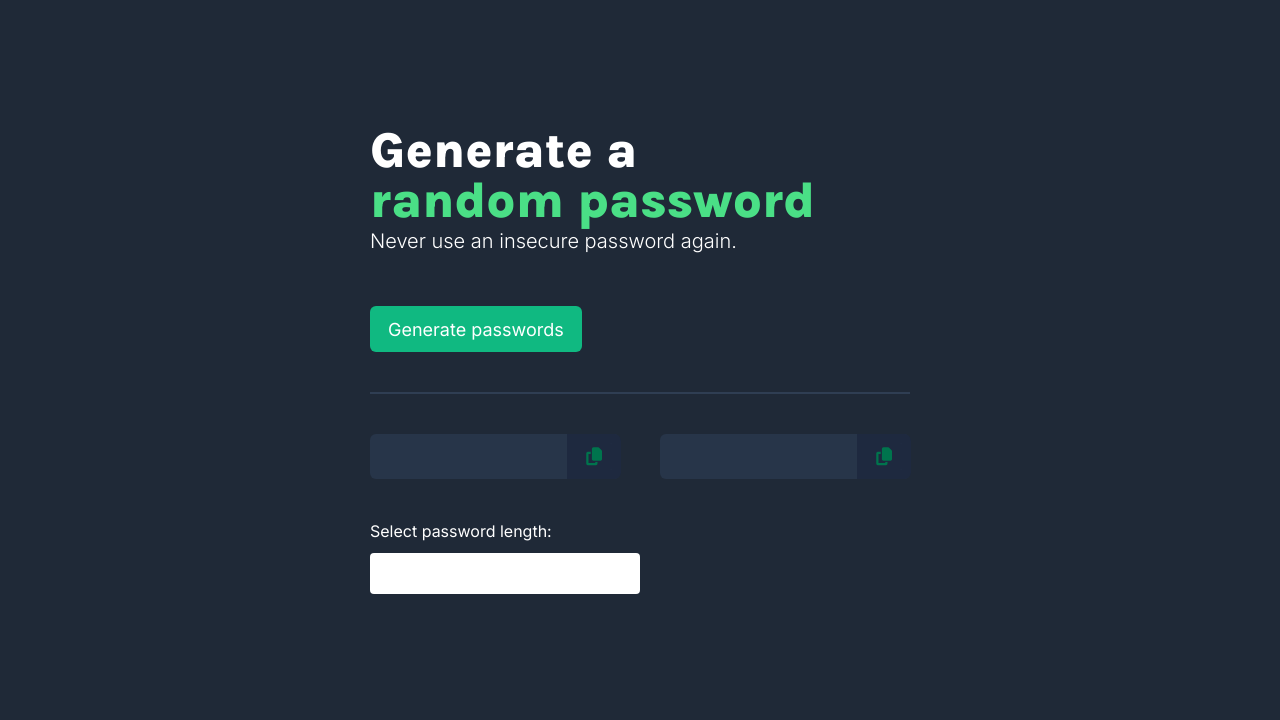
Repository: Ryan-Zayne/RANDOM-PASSWORD-GENERATOR
Page: index.html
These files come from the project's save history. The page is drawn as it stood at one moment and after the next save; the edit follows.
The browser window is 1280 px wide. The pictures show the whole page.
Some web libraries are served in a nearby version.

Above is the page before, as saved 2022-09-25 14:17:07.

### index.html
<!DOCTYPE html>
<html lang="en">
<head>
    <meta charset="UTF-8">
    <meta http-equiv="X-UA-Compatible" content="IE=edge">
    <meta name="viewport" content="width=device-width, initial-scale=1.0">
    <link rel="stylesheet" href="styles.css">
    <script src="https://kit.fontawesome.com/bcecd6ca32.js" crossorigin="anonymous"></script>
    <title>Password Generator</title>
</head>

<body>
    <div class="full-container">
        <header>
            <h1>Generate a</h1>
            <h2>random password</h2>
        </header>

        <main class="main-container">
            <p>Never use an insecure password again.</p>
            <button class="btn" id="generate-el">Generate passwords</button>
            <hr>

            <div class="password-holder">
                <span id="password-el-1" data-text="Copy to clipboard"></span>
                <span id="password-el-2" data-text="Copy to clipboard"></span>
            </div>

            <form id="form">
                <label for="password">Select password length:</label>
                <input id="password" min="8" max="20" step="1" type="number">
            </form>
        </main>
    </div>
    <script src="index.js"></script>
</body>
</html>

### styles.css
@import url('https://fonts.googleapis.com/css2?family=Inter:wght@200;300;400;500;600&family=Karla:wght@800&display=swap');

*{
    margin: 0;
    padding: 0;
    box-sizing: border-box;
}

html{
    font-size: 10px;
}

body{
    font-size: 1.6rem;
    font-family: 'Inter', sans-serif;
    line-height: 1.5;
    background-color: #1F2937;
    color: #fff;
}

h1, h2{
    font-family: 'Karla', sans-serif;
    line-height: 1;
    font-size: 5rem;
}

h1{
    color: #fff;
}

h2{
    color: #4ADF86;
}



.full-container{
    display: flex;
    flex-direction: column;
    justify-content: center;
    height: 100vh;
    width: 100%;
    max-width: 54rem;
    margin: auto;
}


p{
    font-size: 2rem;
    font-weight: 300;
    margin-bottom: 2.5em;
}

.btn{
    border: none;
    border-radius: 6px;
    font-family: inherit;
    font-size: 1.8rem;
    color: inherit;
    background-color: #10B981;
    padding: 0.7em 1em;
    transform: scale(1);
    transition: transform 150ms ease;
}

.btn:hover{
    background-color: #00744d;
}

.btn:active{
    transform: scale(0.98);
}

hr{
    margin-block: 4rem;
    border-style: solid;
    border-color: #2F3E53;
    border-width: 0.5px;
}

.password-holder{
    display: flex;
    justify-content: space-between;
}



[id ^="password-el"]{
    display: grid;
    place-content: center;
    cursor: pointer;
    text-align: center;
    content: attr(data-text);
    padding-block: 2rem;
    border-radius: 6px;
    font-size: 1.8rem;
    width: 25rem;
    height: 4.5rem;
    background-color: #273549;
    position: relative; hello;
}

/* [id ^="password-el"]::after{
    content: attr(data-text);
    position: absolute;
    inset: auto 0rem 6rem auto;
    padding: 1rem 1.5rem;
    background-color: #1e293f;
} */

[id ^="password-el"]::before {
    position: absolute;
    right: 0.8rem;
    bottom: 0.9rem;
    content: "\f0c5";
    font-family: "Font Awesome 5 Free";
    font-weight: 900;
    color: #00744d;
    padding-inline: 1rem;
    box-shadow: inset 0 0 0 3rem #1e293f,
                        0 0 0 0.9rem #1e293f;
    border-radius: 0 2px 2px 0;
}

form{
    display: flex;
    flex-direction: column;
    gap: 1rem;
    margin-top: 4rem;
}

input[type="number"]{
    border: none;
    max-width: 27rem;
    border-radius: 4px;
    font-family: inherit;
    font-size: 1.8rem;
    padding: 1rem;
}


input[type="number"]:focus{
    outline: 3px solid #00744d;
}

input[type="number"]:invalid{
    outline: 3px solid rgb(155, 6, 6);
}


@media (max-width: 600px){
    .full-container{
        text-align: center;
    }

    h1, h2{
        font-size: clamp(3rem, 10vw, 5rem);
        line-height: 1.1;
    }

    p{
        font-size: 1.4rem;
    }

    .btn{
        font-size: 1.5rem;
    }

    hr{
        margin: 3.5rem auto 5rem;
        width: min(30rem, 90%);
    }

    .password-holder{
        align-items: center;
        flex-direction: column;
        gap: 5rem;
    }

    #password-el-1,
    #password-el-2{
        width: min(26rem, 90%);
    }

    form{
        margin-top: 5rem;
        align-items: center;
    }

    input[type="number"]{
        width: 100%;

    }
}

### index.js
const characters = ["A", "B", "C", "D", "E", "F", "G", "H", "I", "J", "K", "L", "M", "N", "O", "P", "Q", "R", "S", "T", "U", "V", "W", "X", "Y", "Z", "a", "b", "c", "d", "e", "f", "g", "h", "i", "j", "k", "l", "m", "n", "o", "p", "q", "r", "s", "t", "u", "v", "w", "x", "y", "z", "0", "1", "2", "3", "4", "5", "6", "7", "8", "9", "~", "`", "!", "@", "#", "$", "%", "^", "&", "*", "(", ")", "_", "-", "+", "=", "{", "[", "}", "]", ",", "|", ":", ";", "<", ">", ".", "?",
    "/"];

let generateEl = document.getElementById("generate-el");
let passwordBoxOne = document.getElementById("password-el-1");
let passwordBoxTwo = document.getElementById("password-el-2");
let passwordBoxArr = [passwordBoxOne, passwordBoxTwo]
let passwordLength = 8;

function generateRandomChar() {
    let randomChar = Math.floor(Math.random() * characters.length);
    return characters[randomChar];
}

generateEl.addEventListener("click", passwordLimit);

function passwordLimit() {
    let passwordLengthx = document.getElementById("password").value;

    if (passwordLengthx === "" || passwordLengthx < 1) {
        passwordLength = 8;
    } else {
        passwordLength = passwordLengthx;
    }

}


generateEl.addEventListener("click", generateRandomPassword);

function generateRandomPassword() {
    let randomPasswordOne = " ";


    for (let i = 0; i < passwordLength; i++) {
        randomPasswordOne += generateRandomChar();
    }

    let randomPasswordTwo = " ";
    for (let i = 0; i < passwordLength; i++) {
        randomPasswordTwo += generateRandomChar();
    }
    passwordBoxOne.textContent = randomPasswordOne;
    passwordBoxTwo.textContent = randomPasswordTwo;

}


passwordBoxArr.forEach((box) => box.addEventListener("click", copyToClipboard))

function copyToClipboard(str) {
    const targetBox = str.target;

    if (navigator && navigator.clipboard && navigator.clipboard.writeText) {
        return navigator.clipboard.writeText(targetBox.textContent)
    } else {
        return Promise.reject('The Clipboard API is not available.');
    }

}

After the next save:
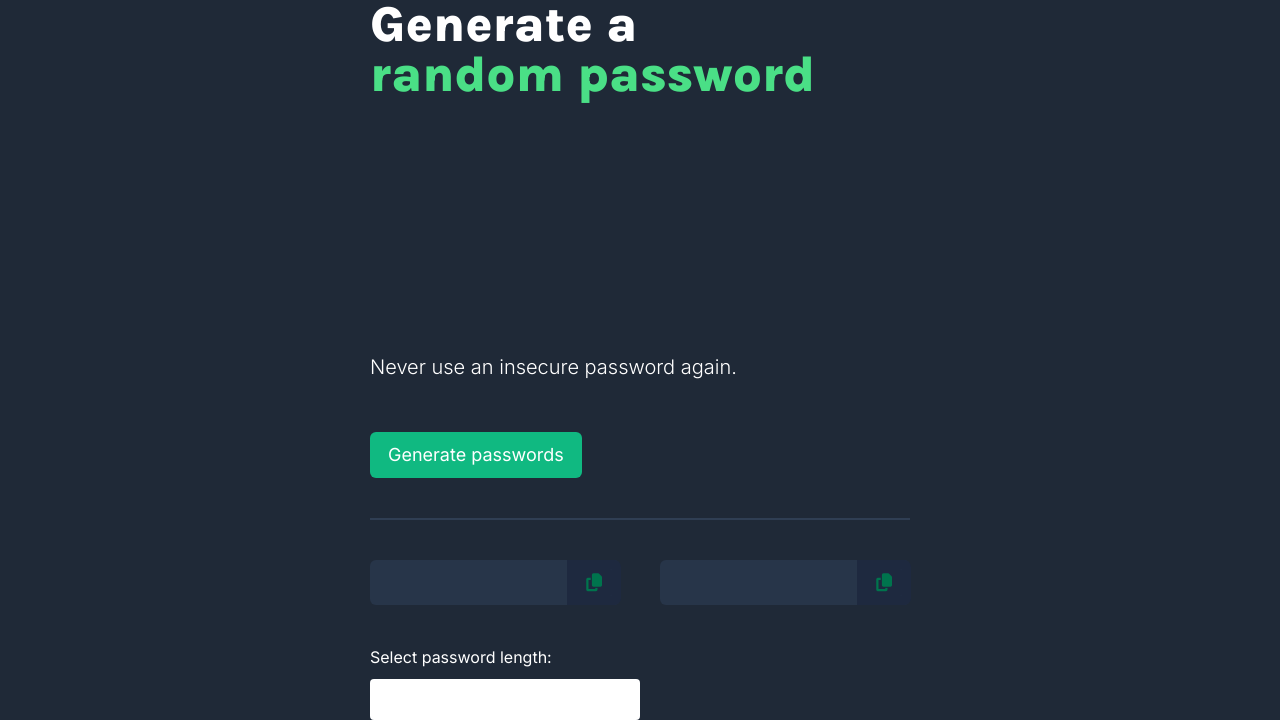
Saved 4 min 18 s later.
--- a/index.html
+++ b/index.html
@@ -10,7 +10,7 @@
 </head>
 
 <body>
-    <div class="full-container">
+    <div class="full-container password-holder">
         <header>
             <h1>Generate a</h1>
             <h2>random password</h2>
